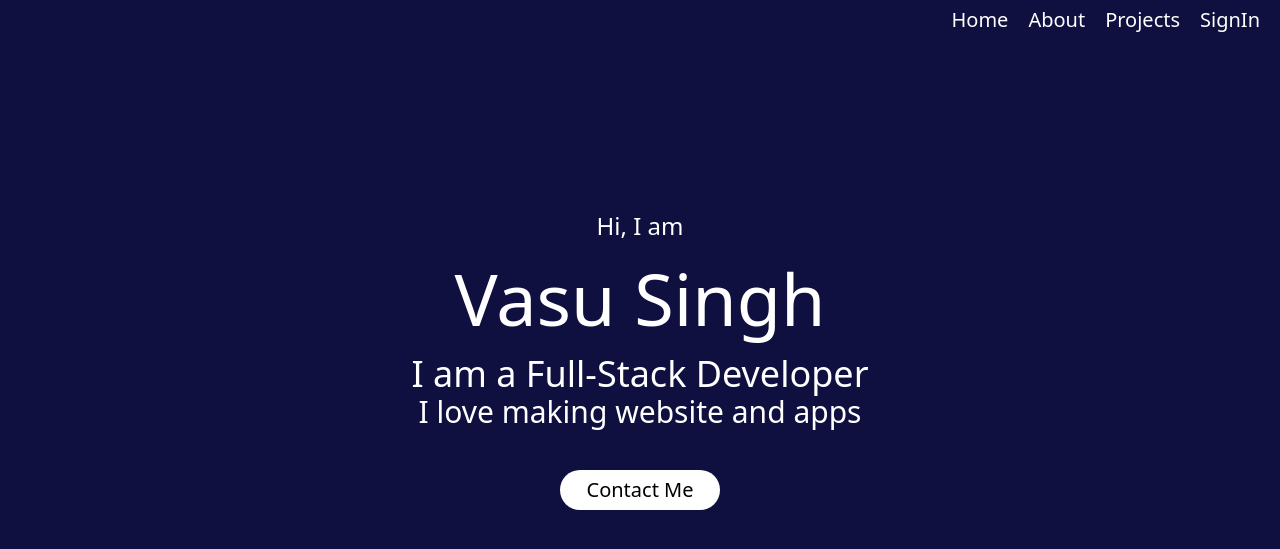
Repository: vasucp1207/vasuDev
Page: /
The author's editor kept a copy of each file at every save. The page is drawn from the files as they stood at one save, then again after a run of saves.
The browser window is 1280 px wide. The pictures show the whole page.
The project was rebuilt for these pictures with package versions that can differ from the ones it lists, and the page was loaded fresh each time. The framework's server and built-in components were replaced by stand-ins that run in the browser. Also part of the build but not shown: next.config.js.

Above is the page before, as saved 2022-07-17 23:34:11.

### pages/index.tsx
import type { NextPage } from 'next'
import Head from 'next/head'
import Hero from './Hero'
import Navbar from './Navbar'

const Home: NextPage = () => {
  return (
    <div className="p-0 m-0 bg-darkB text-white">
      <Head>
        <title>Create Next App</title>
      </Head>

      <Navbar />
      <Hero />
    </div>
  )
}

export default Home

### pages/Hero.tsx
import React from 'react'

function Hero() {
  return (
    <div className='h-screen bg-darkB'>
        <div className='text-white flex flex-col justify-center items-center h-screen'>
            <p className='text-2xl'>Hi, I am</p>
            <h1 className='mt-5 text-7xl'>Vasu Singh</h1>
            <h3 className='mt-5 text-4xl'>I am a Full-Stack Developer</h3>
            <h4 className='text-3xl'>I love making website and apps</h4>
            <button className='hover:text-white transition-all 200 hover:bg-green-400 mt-10 bg-white text-black h-10 w-40 outline-none rounded-full text-xl'>Contact Me</button>
        </div>
    </div>
  )
}

export default Hero

### pages/Navbar.tsx
import React from 'react'

function Navbar() {
  return (
    <div className='h-10 w-screen absolute bg-transparent flex justify-end items-center'>
        <div className='h-full flex space-x-5 text-xl font-normal mr-5 items-center'>
            <p className='flex items-center h-full hover:bg-green-400 cursor-pointer'>Home</p>
            <p className='flex items-center h-full hover:bg-green-400 cursor-pointer'>About</p>
            <p className='flex items-center h-full hover:bg-green-400 cursor-pointer'>Projects</p>
            <p className='flex items-center h-full hover:bg-green-400 cursor-pointer'>SignIn</p>
        </div>
    </div>
  )
}

export default Navbar

### tailwind.config.js
/** @type {import('tailwindcss').Config} */
module.exports = {
  content: [
    './pages/**/*.{js,ts,jsx,tsx}',
    './components/**/*.{js,ts,jsx,tsx}',
  ],
  theme: {
    extend: {
      colors: {
        darkB: 'rgba(15, 16, 63, 1)'
      }
    },
  },
  plugins: [],
}

Loaded but not shown: pages/_app.tsx (common file); styles/globals.css (common file)

After the next 2 saves:
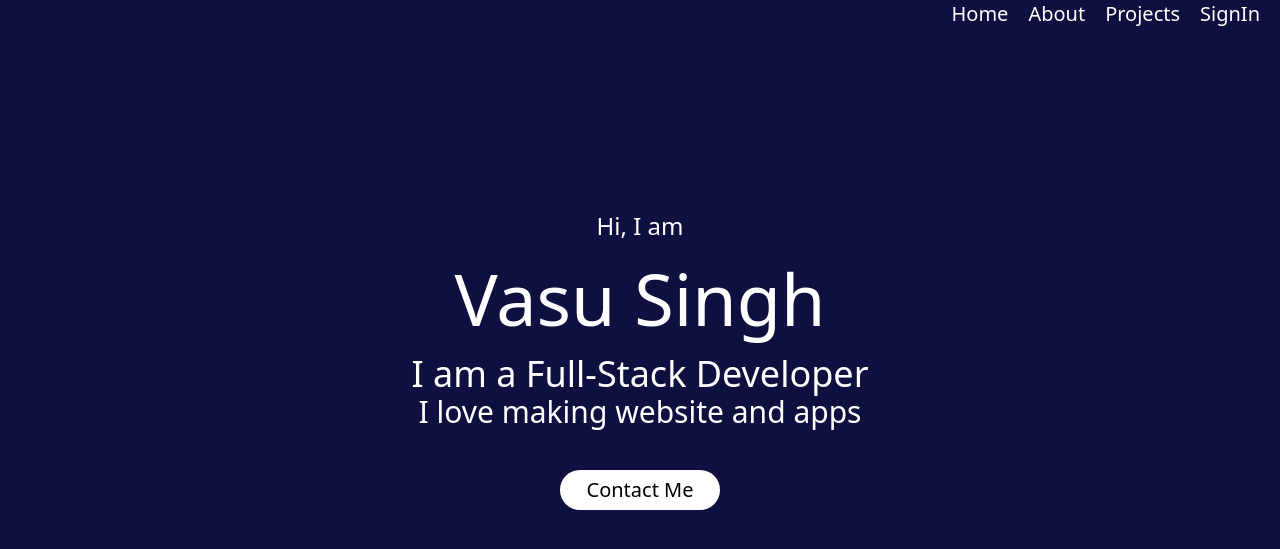
The 2 saves are shown as one change because they came seconds apart.
The last was saved 6 s later.
--- a/pages/Navbar.tsx
+++ b/pages/Navbar.tsx
@@ -2,7 +2,7 @@ import React from 'react'
 
 function Navbar() {
   return (
-    <div className='h-10 w-screen absolute bg-transparent flex justify-end items-center'>
+    <div className='h-15 w-screen absolute bg-transparent flex justify-end items-center'>
         <div className='h-full flex space-x-5 text-xl font-normal mr-5 items-center'>
             <p className='flex items-center h-full hover:bg-green-400 cursor-pointer'>Home</p>
             <p className='flex items-center h-full hover:bg-green-400 cursor-pointer'>About</p>
